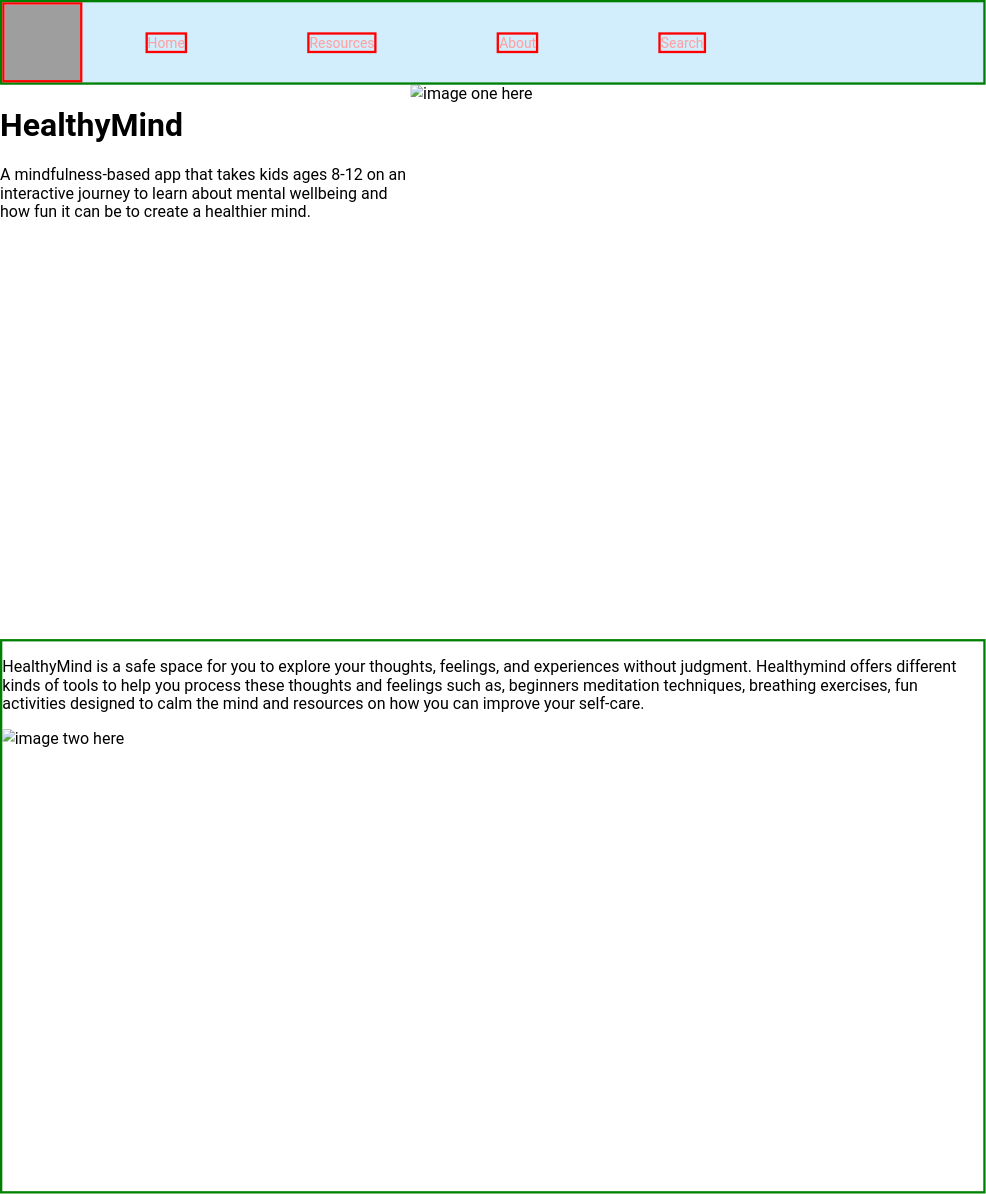
Repository: Nafisa-Huda/HealthierMind
Page: public/index.html
An editor plug-in stored every save of this project. The page is shown before and after a run of saves, followed by the edit.
The browser window is 1280 px wide. The pictures show the whole page, at 77% of full size.
Pictures or frames that could not be fetched are drawn as grey boxes.

Above is the page before, as saved 2022-07-11 16:00:56.

### public/index.html
<!DOCTYPE html>
<html lang="en">
<head>
    <meta charset="UTF-8">
    <meta http-equiv="X-UA-Compatible" content="IE=edge">
    <meta name="viewport" content="width=device-width, initial-scale=1.0">
    <title>HealthyMind</title>
    <link rel="stylesheet" href="/public/style.css">
</head>
<body>
    <header>
        <div class="container row">
            <img class="logo" src="https://i.ibb.co/xLGc6jC/Healthy-Mind-logo.png" alt="healthy-mind-logo">
        <nav class="nav">
            <ul class="nav__list">
                <li class="nav__item"><a href="#" class="nav__link">Home</a></li>
                <li class="nav__item"><a href="#" class="nav__link">Resources</a></li>
                <li class="nav__item"><a href="#" class="nav__link">About</a></li>
                <li class="nav__item"><a href="#" class="nav__link">Search</a></li>
            </ul>
        </nav>
        </div>
    </header>

    <!-- <section class="hero main"> -->
        <div class="hero main ">
            <div class="hero__text">
                <h1>HealthyMind</h1>
                <p>A mindfulness-based app that takes kids ages 8-12 on an interactive journey to learn about mental wellbeing and how fun it can be to create a healthier mind. </p>
            </div>
            <img class="hero__img" src="#" alt="image one here" srcset="">
        </div>
    </section>

    <main class="main container">
        <section class="primary-content">
            <p>HealthyMind is a safe space for you to explore your thoughts, feelings, and experiences without judgment. Healthymind offers different kinds of tools to help you process these thoughts and feelings such as, beginners meditation techniques, breathing exercises, fun activities designed to calm the mind and resources on how you can improve your self-care.</p>
            <img class="main__img" src="" alt="image two here" srcset="">
        </section>
</main>

<script src="/public/main.js"></script>
</body>
</html>

### public/style.css
*, *::before, *::after {
    box-sizing: border-box;
}

body {
    margin: 0;
    max-width: 100%;
    font-family: 'Roboto', sans-serif;
    font-size: 1.3rem;
}
html{
  scroll-behavior: smooth;
  scroll-padding-top: (--scroll-padding,100px);
}
/*scrollbar*/
::-webkit-scrollbar{
  width: 0.7em;
}
::-webkit-scrollbar-track{
  background: antiquewhite;
}
::-webkit-scrollbar-thumb{
  background: #FFE170;
}
header{
  background-color: #d2edfc;
  height: 10%;
}

img {
    width: 70%;
}

/* home page */

.container {
    width: 100vw;
    margin: 0 auto;
    border: 3px green solid;
}
.main{
  height: 100vh;
}

.hero{
  display: flex;
}
  .hero__text{
    width: 50%;
  }
.row {
    display: flex;
    justify-content: space-between;
    align-items: center;
    width: 100%;
}

.logo {
    width: 5em;
    height: 5em;
    margin-right: 2em;
    border: 3px red solid;
}

.nav {
    display: flex;
    justify-content: space-between;
    align-items: center;
    flex-grow: 1;
}

.nav__list {
    margin: 0;
    padding-right: 1em;
    list-style: none;

    display: flex;
    align-items: center;

    font-size: 1rem;
}

.nav__item + .nav__item {
    margin-left: 60%;
}

.nav__link {
    border: 3px red solid;
    text-decoration: none;
    font-size: large;
    color: #FF9F9F;
}

.nav__link--button {
    padding: .25em 1em;
}

.nav__link:hover {
    opacity: .75;
}



/* activities page */

.activities-header{
  background-color: #A8E0FF;
  height: 20rem;
  width: 100%;
  border-bottom: solid #fff 4px;
}

.title{
  display: flex;
  flex-direction: column;
  align-items: center;
  padding-top: 3rem;
  color: #fff;
}


.activities-container{
  display: flex;
  flex-wrap: wrap;
  justify-content: center;
  background-color: #FFF9A6;
}

.scene {
  width: 20rem;
  height: 20rem;
  margin: 3rem;
  perspective: 600px;
}

.card {
  width: 100%;
  height: 100%;
  cursor: pointer;
  transform-style: preserve-3d;
  transform-origin: center right;
  transition: transform 1s;
}

.card.is-flipped {
  transform: translateX(-100%) rotateY(-180deg);
}

.face {
  position: absolute;
  width: 100%;
  height: 100%;
  line-height: 260px;
  color: #fff;
  text-align: center;
  font-weight: bold;
  font-size: larger;
  backface-visibility: hidden;
}

.front {
  background-color: #FF9F9F;
}

.back {
  background-color: #FF9F9F;
  transform: rotateY(180deg);
}

### public/main.js
const cards = document.querySelectorAll('.card');
[...cards].forEach((card)=>{
    card.addEventListener('click', () =>{
        card.classList.toggle('is-flipped')
    })
});

After the next 3 saves:
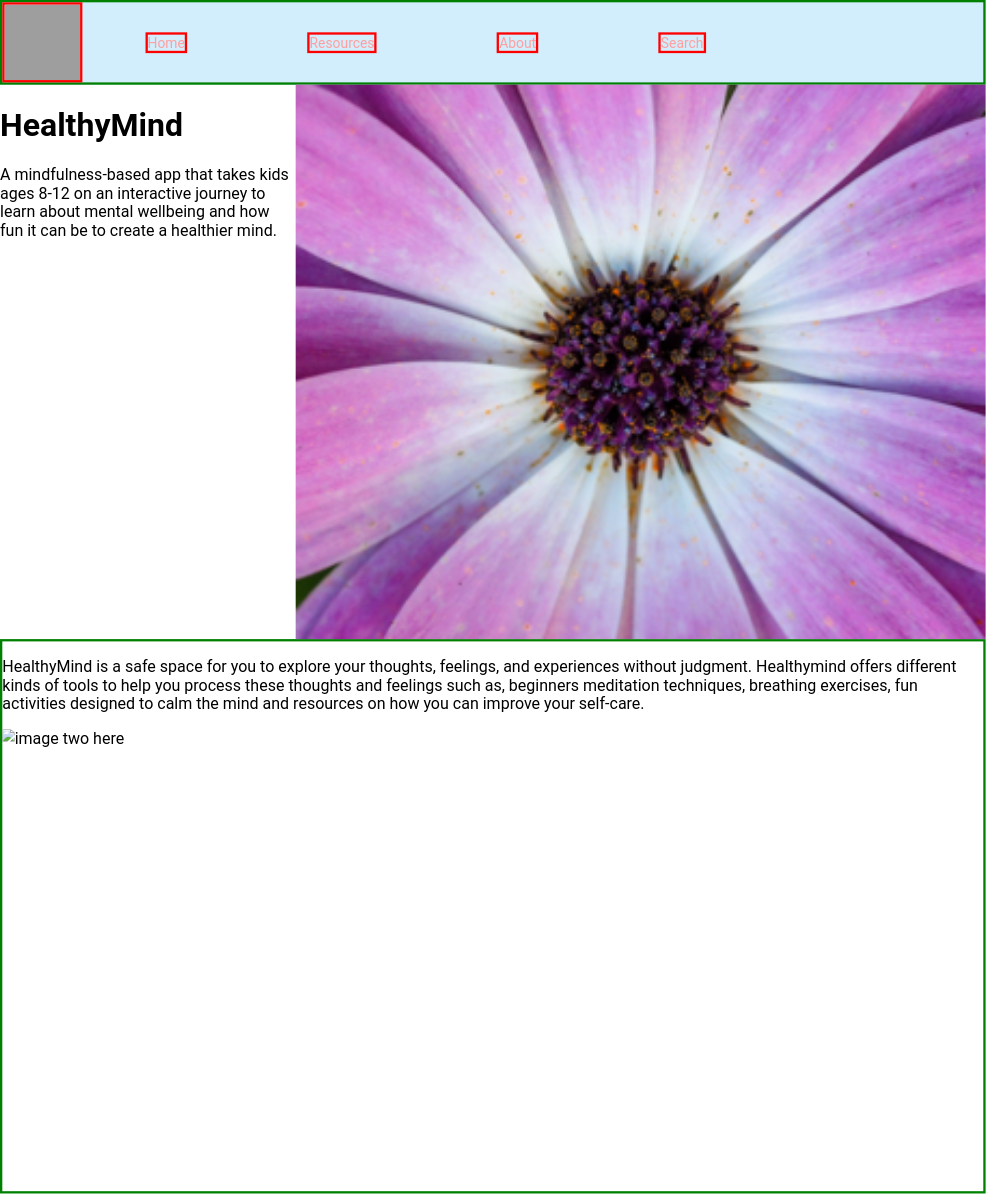
The 3 saves are shown as one change because they came seconds apart.
The last was saved 69 s later.
--- a/public/index.html
+++ b/public/index.html
@@ -28,7 +28,7 @@
                 <h1>HealthyMind</h1>
                 <p>A mindfulness-based app that takes kids ages 8-12 on an interactive journey to learn about mental wellbeing and how fun it can be to create a healthier mind. </p>
             </div>
-            <img class="hero__img" src="#" alt="image one here" srcset="">
+            <img class="hero__img" src="/Images/purpleflowerSmall.png" alt="image one here" srcset="">
         </div>
     </section>
 
